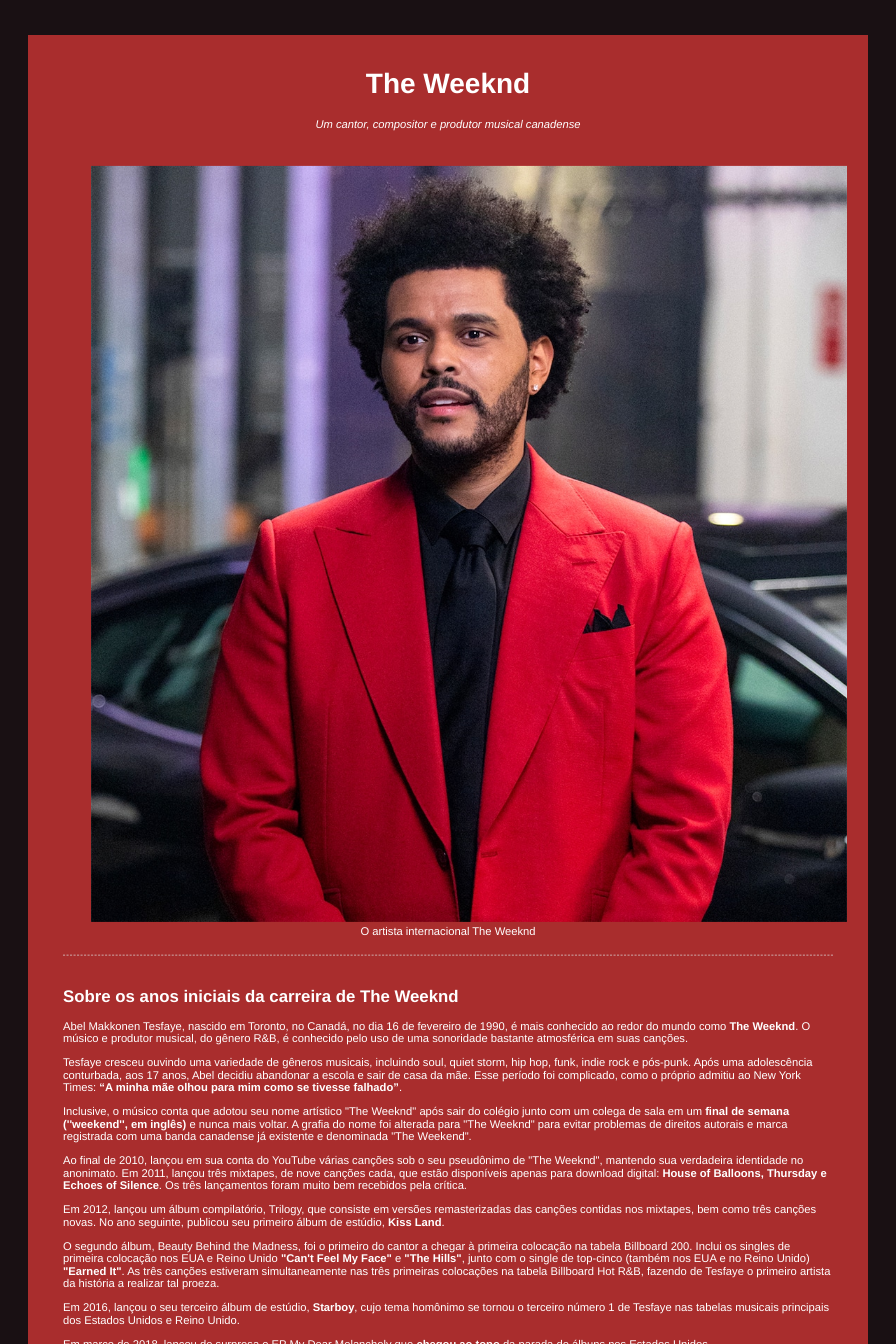
Repository: talleshenriquethss/theweeknd
Page: 4_TRIBUTO/css/img/index.html
The author's editor kept a copy of each file at every save. The page is drawn from the files as they stood at one save, then again after the next save.
The browser window is 1280 px wide. The pictures show the part of the page from y = 0 to 1920 px (the page is 4726 px tall before and 2856 px after), at 70% of full size.

Above is the page before, as saved 2024-05-16 18:41:49.

After the next save:
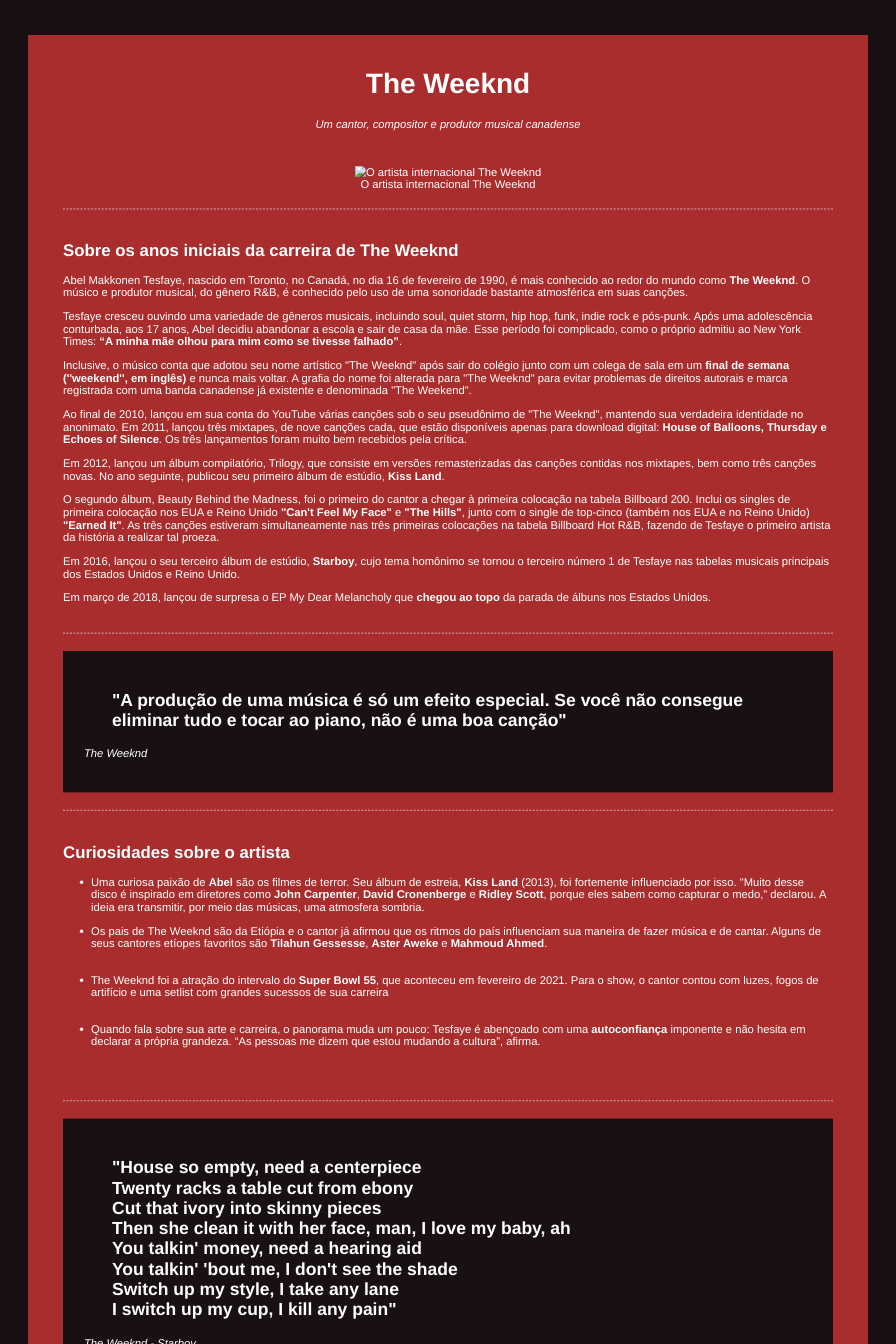
Not found: 4_TRIBUTO/css/img/theewknd.jpeg
Saved 15 min 46 s later.
--- a/4_TRIBUTO/css/img/index.html
+++ b/4_TRIBUTO/css/img/index.html
@@ -16,7 +16,7 @@
         <!-- IMAGEM EM DESTAQUE -->
         <div class="featuredimage">
             <figure>
-                <img src="./theewknd.jpg" alt="O artista internacional The Weeknd">
+                <img src="./theewknd.jpeg" alt="O artista internacional The Weeknd">
                 <figcaption>O artista internacional The Weeknd</figcaption>
             </figure>
         </div>
@@ -82,7 +82,7 @@
         <!-- SEGUNDA IMAGEM -->
         <div class="imgbold">
             <figure>
-                <img src="./shownobrasiltheweenkd.webp" alt="The Weeknd em um show no Brasil">
+                <img src="./theweekndshownobrasil.webp" alt="The Weeknd em um show no Brasil">
                 <figcaption>Abel Tesfaye perfomando debaixo de chuva no estádio Allianz Parque, em São Paulo.</figcaption>
             </figure>
         </div>

After the save that followed:
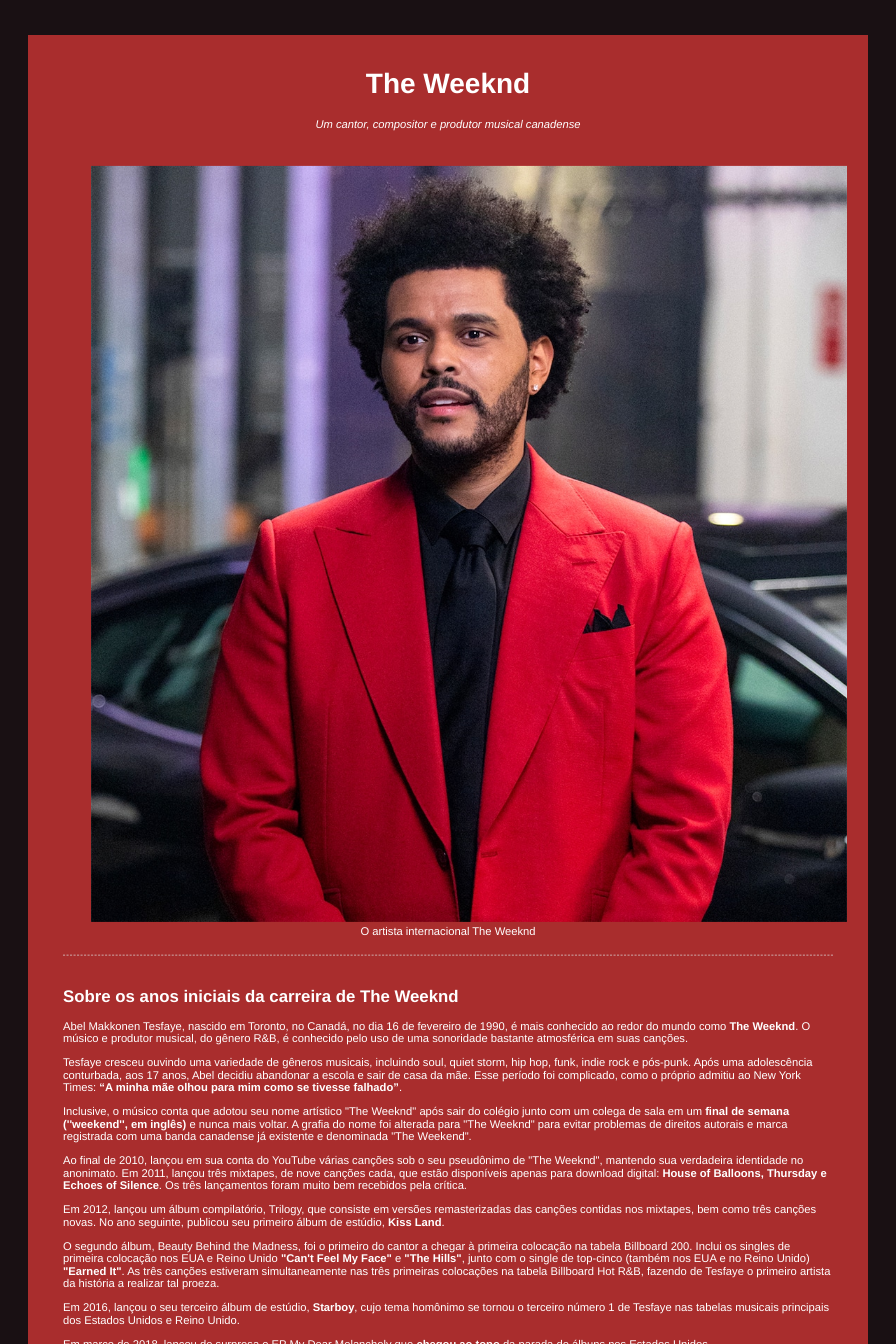
Saved 24 s later.
--- a/4_TRIBUTO/css/img/index.html
+++ b/4_TRIBUTO/css/img/index.html
@@ -16,7 +16,7 @@
         <!-- IMAGEM EM DESTAQUE -->
         <div class="featuredimage">
             <figure>
-                <img src="./theewknd.jpeg" alt="O artista internacional The Weeknd">
+                <img src="./theweeknd.jpeg" alt="O artista internacional The Weeknd">
                 <figcaption>O artista internacional The Weeknd</figcaption>
             </figure>
         </div>
